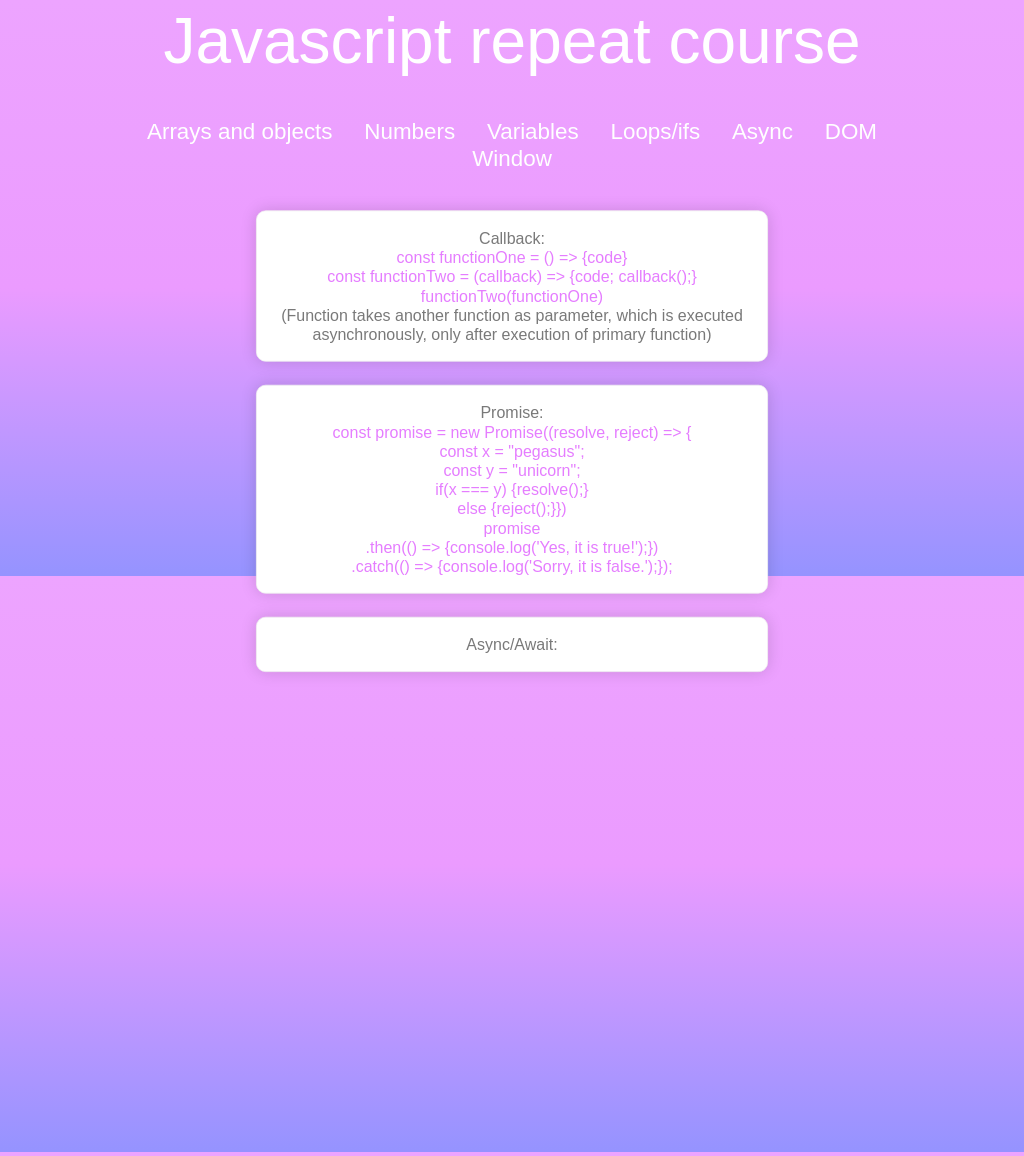
Repository: michalgornicki/javascript
Page: /#/Async
The author's editor kept a copy of each file at every save. The page is drawn from the files as they stood at one save, then again after the next save.
The browser window is 1280 px wide. The pictures show the whole page, at 80% of full size.
Backgrounds fixed to the window are drawn as part of the page. The project was rebuilt for these pictures with package versions that can differ from the ones it lists, and the page was loaded fresh each time. Also part of the build but not shown: src/index.css, src/components/arrays.jsx, src/components/variables.jsx, src/components/numbers.jsx, src/components/loops.jsx, src/components/DOM manipulation.jsx, src/components/window.jsx.

Above is the page before, as saved 2022-02-04 12:39:22.

### src/App.jsx
import React from "react";
import "./App.css";
import "bootstrap/dist/css/bootstrap.min.css";
import { Route, HashRouter as Router, Routes, Link } from "react-router-dom";
import Arrays from "./components/arrays.jsx"
import Variables from "./components/variables.jsx"
import Numbers from "./components/numbers.jsx"
import Loops from "./components/loops.jsx"
import Async from "./components/async.jsx"
import DOM from "./components/DOM manipulation.jsx"
import Window from "./components/window.jsx"

function App() {


  return (


    <Router>
    <div className="text-center">
      <div className="display-1 mt-1 mb-5 text-white">Javascript repeat course</div>

      <div className="h3 d-flex w-75 m-auto my-5 justify-content-evenly flex-wrap text-white">

      <Link className="link-style mx-3" to="/">Arrays and objects</Link>
      <Link className="link-style mx-3" to="/Numbers">Numbers</Link>
      <Link className="link-style mx-3" to="/Variables">Variables</Link>
      <Link className="link-style mx-3" to="/Loops">Loops/ifs</Link>
      <Link className="link-style mx-3" to="/Async">Async</Link>
      <Link className="link-style mx-3" to="/DOM">DOM</Link>
      <Link className="link-style mx-3" to="/Window">Window</Link>


      </div>

      <Routes>
          <Route path="/" element={<Arrays />} />
          <Route path="/Numbers" element={<Numbers />} />
          <Route path="/Variables" element={<Variables />} />
          <Route path="/Loops" element={<Loops />} />
          <Route path="/Async" element={<Async />} />
          <Route path="/DOM" element={<DOM />} />
          <Route path="/Window" element={<Window />} />
        </Routes>


    </div>
    </Router>
  );
}

export default App;

### src/App.css
body{
    font-family: Arial, Helvetica, sans-serif!important;
    overflow-x: hidden;
    padding-bottom: 80vh;
    height: auto;
    background: linear-gradient(rgb(237, 164, 255), rgb(235, 155, 255), rgb(149, 147, 255));
    background-attachment: fixed;
}

.js-item{
    color:rgb(121, 121, 121);
    background-color: white;
    transition: 0.2s;
    padding: 3vh;
    margin-bottom: 4vh!important;
    border: 1px solid rgb(240, 240, 240);
    width: 50%;
    margin-left: auto;
    margin-right: auto;
    box-shadow: 0px 0px 20px rgba(0, 0, 0, 0.15);
    border-radius: 0.75rem;
}

.js-item:hover{
    cursor: pointer;
    background-color: rgb(240, 240, 240);
}

.text-pink{
    color:rgb(229, 125, 255)!important;
}

.link-style{
    color: inherit;
    text-decoration: inherit;
}

.link-style:hover{
    color: rgb(229, 125, 255);
}

@media only screen and (max-device-width: 600px), (max-width: 600px) {

    .js-item{
        width: 95%;
    }

}

### src/components/async.jsx
const Async = () => {
  const functionOne = () => {
    console.log("aaa");
  };
  const functionTwo = (callback) => {
    console.log("bbb");
    callback();
  };
  functionTwo(functionOne);

  return (
    <div className="">
      <div className="js-item h5">
        {" "}
        <span className="">Callback: </span> <br />
        <span className="text-pink">{`const functionOne = () => {code}`}</span> <br />
        <span className="text-pink">{`const functionTwo = (callback) => {code; callback();}`}</span> <br />
        <span className="text-pink">{`functionTwo(functionOne)`}</span> <br /> (Function takes another function as parameter, which is executed asynchronously, only after execution of primary function)
      </div>
      <div className="js-item h5">
        {" "}
        <span className="">Promise: </span> <br />
        <span className="text-pink">{`const promise = new Promise((resolve, reject) => {`}</span> <br />
        <span className="text-pink">{`const x = "pegasus";`}</span> <br />
        <span className="text-pink">{`const y = "unicorn";`}</span> <br />
        <span className="text-pink">{` if(x === y) {resolve();}`}</span> <br />
        <span className="text-pink">{` else {reject();}})`}</span> <br />
        <span className="text-pink">{`promise`}</span> <br />
        <span className="text-pink">{`.then(() => {console.log('Yes, it is true!');})`}</span> <br />
        <span className="text-pink">{`.catch(() => {console.log('Sorry, it is false.');});`}</span> <br />
      </div>
      <div className="js-item h5">
        {" "}
        <span className="">Async/Await: </span> <br />

      </div>
    </div>
  );
};

export default Async;

Loaded but not shown: public/index.html (common file); src/index.js (common file); src/reportWebVitals.js (common file)

After the next save:
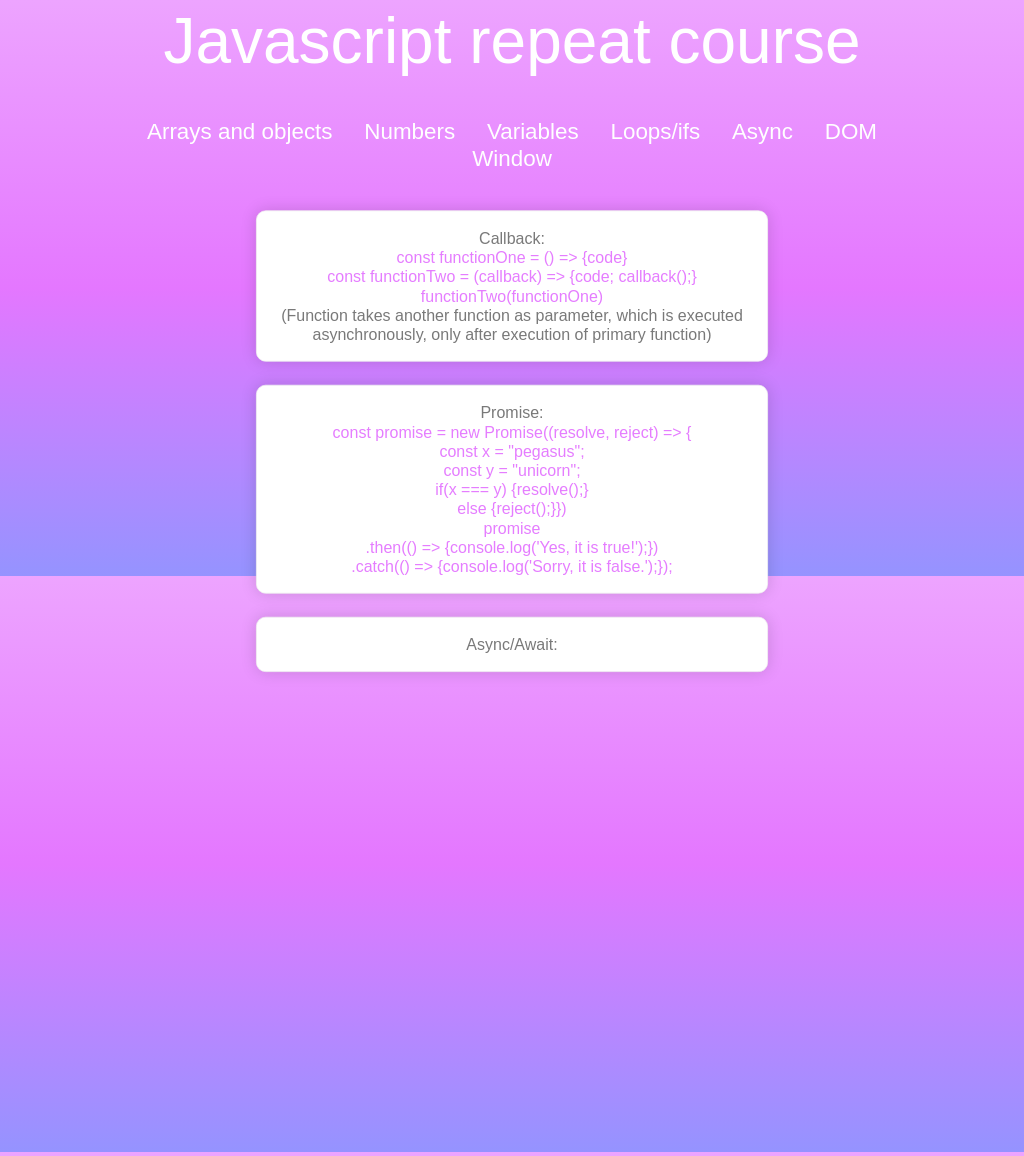
Saved 14 s later.
--- a/src/App.css
+++ b/src/App.css
@@ -3,7 +3,7 @@ body{
     overflow-x: hidden;
     padding-bottom: 80vh;
     height: auto;
-    background: linear-gradient(rgb(237, 164, 255), rgb(235, 155, 255), rgb(149, 147, 255));
+    background: linear-gradient(rgb(237, 164, 255), rgb(228, 119, 255), rgb(149, 147, 255));
     background-attachment: fixed;
 }
 
